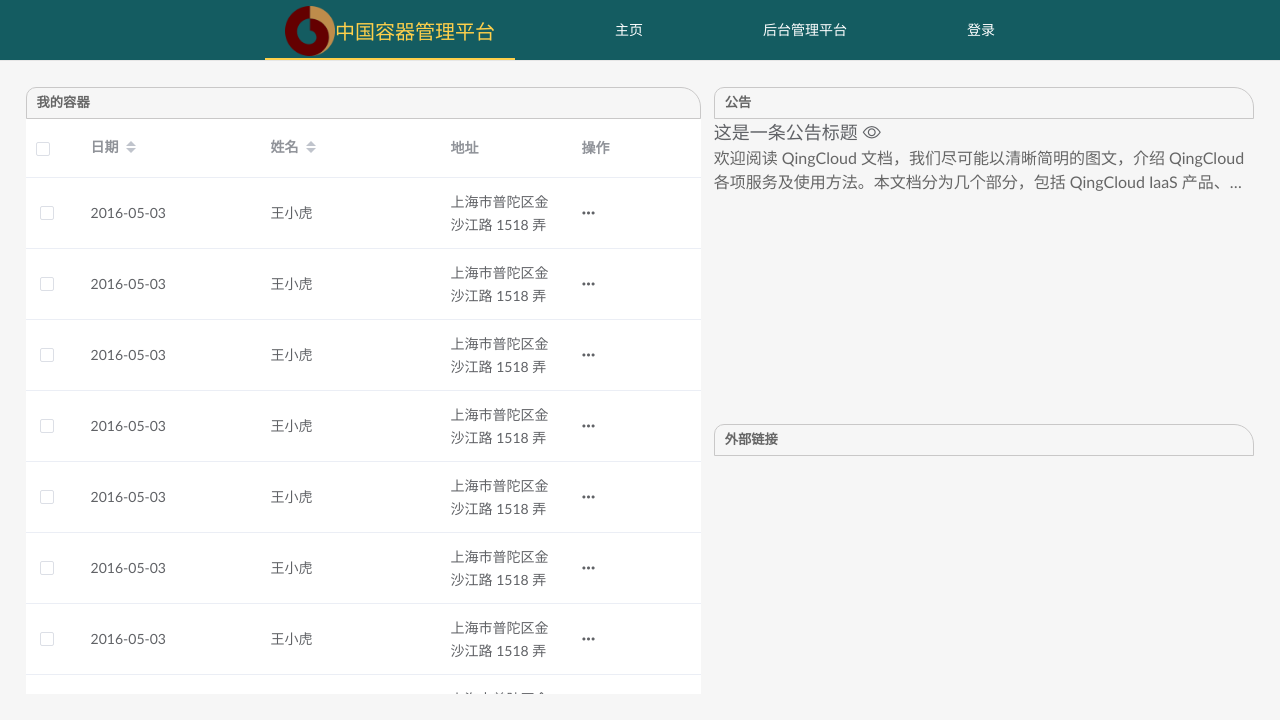
Repository: lei123zhou/zhongjin
Page: /main/home
These files come from the project's save history. The page is drawn as it stood at one moment and after a run of saves; the edit follows.
The browser window is 1280 px wide. The pictures show the whole page.
An inner scrolling area shows only its first screen. The project was rebuilt for these pictures with package versions that can differ from the ones it lists, and the page was loaded fresh each time. Also part of the build but not shown: vue.config.js.

Above is the page before, as saved 2022-08-29 20:35:36.

After the next 3 saves:
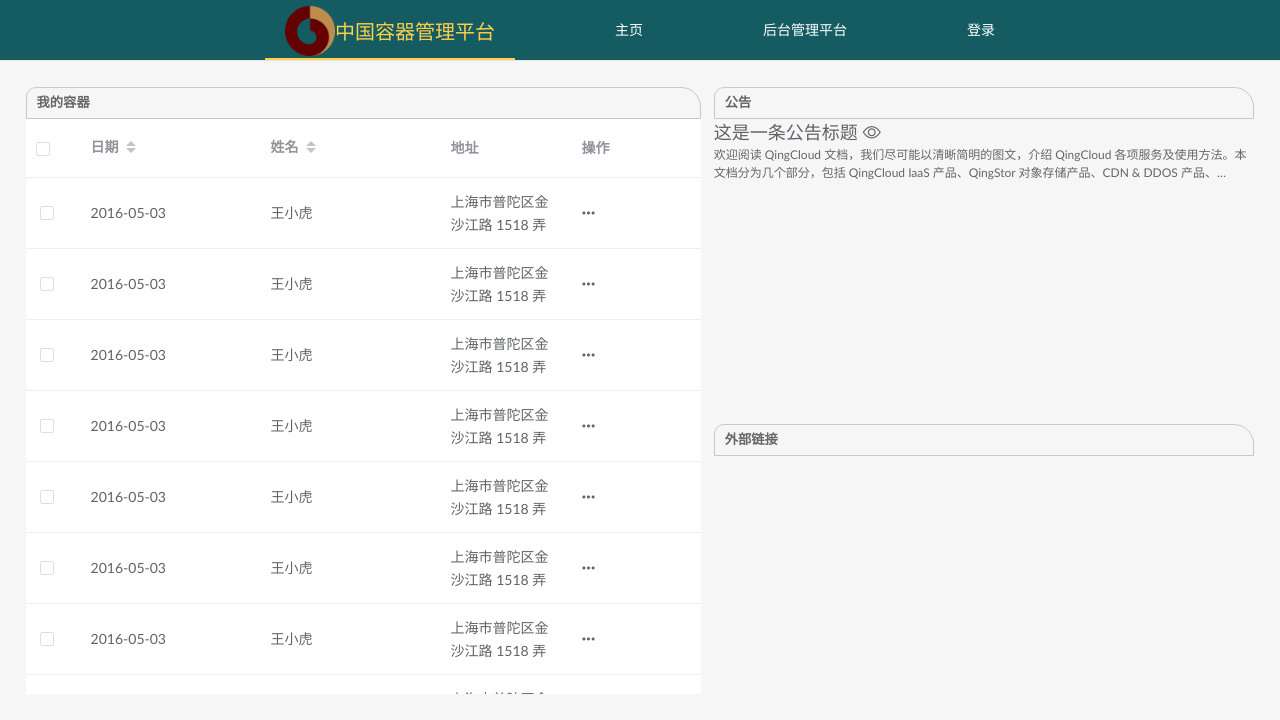
The 3 saves are shown as one change because 1 did not build or start and some came seconds apart.
The last was saved 31 s later.
--- a/src/pages/home/HomePage.vue
+++ b/src/pages/home/HomePage.vue
@@ -229,6 +229,7 @@ export default {
     display: -webkit-box;
     -webkit-line-clamp: 2;
     -webkit-box-orient: vertical;
+    font-size: 12px;
   }
   .el-link {
     font-size: 18px;
